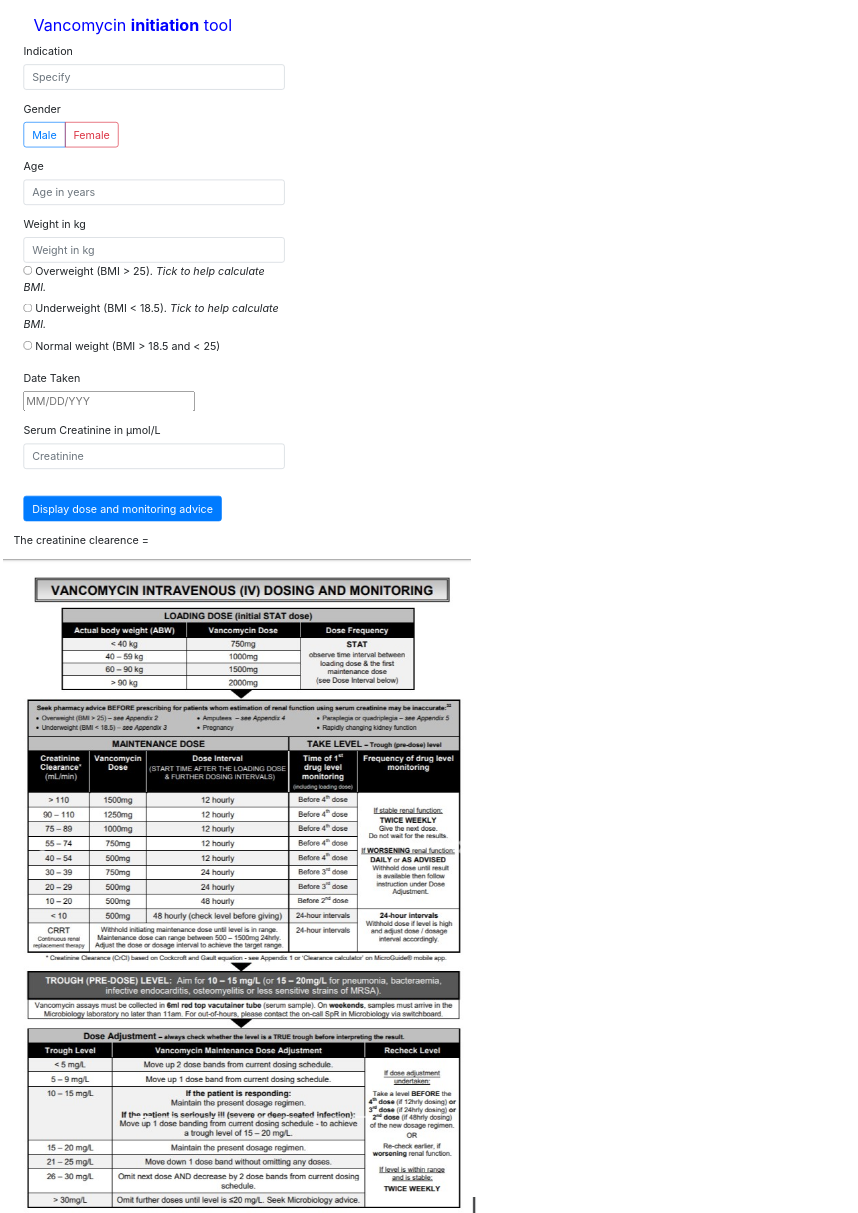
Repository: Mismiles/project-clinical-calculator
Page: index.html
The author's editor kept a record of every edit. The page is drawn from the files as they stood at one moment, then again after the next edit.
The browser window is 1280 px wide. The pictures show the whole page, at 67% of full size.

Above is the page before.
Console error: SyntaxError: Unexpected token '<'

After the next edit:
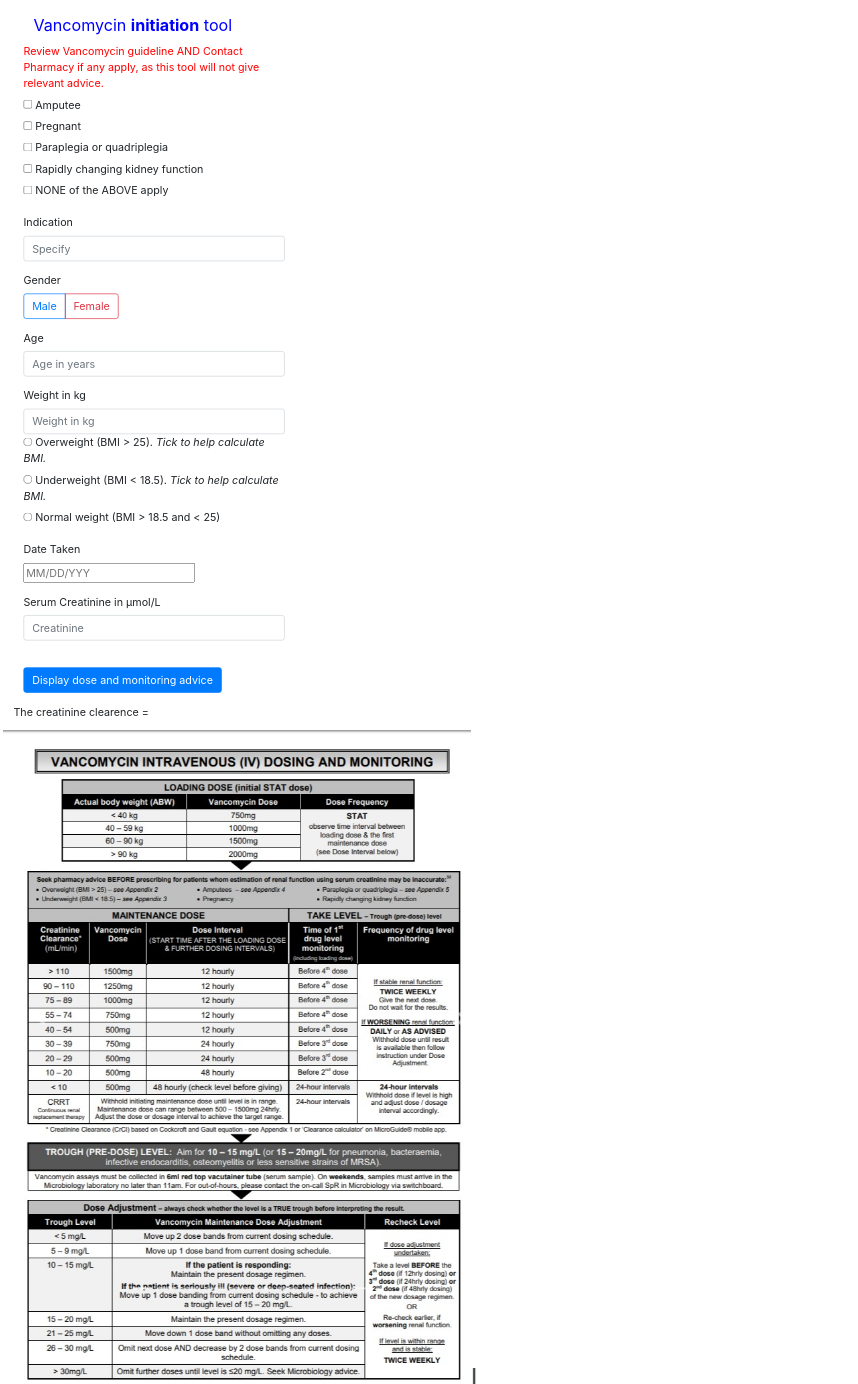
The edit:
--- a/index.html
+++ b/index.html
@@ -28,6 +28,43 @@
 
 <!-- Form Name -->
 <legend>Vancomycin <b>initiation</b> tool</legend>
+
+<!-- Parameters -->
+<div class="form-group">
+  <label class="col-md-4 control-label" for="parameters" <span style="color:red">Review Vancomycin guideline AND Contact Pharmacy if any apply, as this tool will not give relevant advice.</span></label>
+  <div class="col-md-4">
+  <div class="checkbox">
+    <label for="parameters-2">
+      <input type="checkbox" name="parameters" id="parameters-1" value="">
+      Amputee
+    </label>
+	</div>
+  <div class="checkbox">
+    <label for="parameters-3">
+      <input type="checkbox" name="parameters" id="parameters-2" value="">
+      Pregnant
+    </label>
+	</div>
+  <div class="checkbox">
+    <label for="parameters-4">
+      <input type="checkbox" name="parameters" id="parameters-3" value="">
+      Paraplegia or quadriplegia
+    </label>
+	</div>
+  <div class="checkbox">
+    <label for="parameters-5">
+      <input type="checkbox" name="parameters" id="parameters-4" value="">
+      Rapidly changing kidney function
+    </label>
+	</div>
+  <div class="checkbox">
+    <label for="parameters-6">
+      <input type="checkbox" name="parameters" id="parameters-5" value="">
+      NONE of the ABOVE apply
+    </label>
+	</div>
+  </div>
+</div>
 
 <!-- Indication-->
 <div class="form-group">
